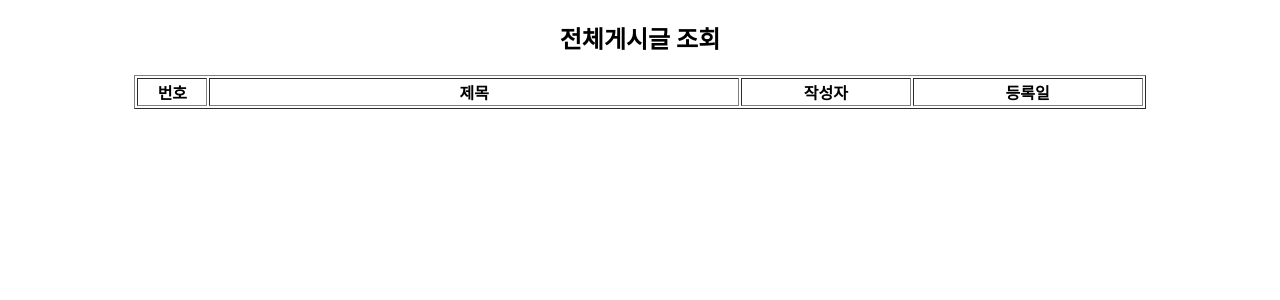
Repository: nijooymik/smartfactory
Page: http://localhost/Lecture-MVC/board/list.do
These files come from the project's save history. The page is drawn as it stood at one moment and after the next save; the edit follows.
The browser window is 1280 px wide. The pictures show the whole page.
The page is served by Tomcat 9. Other server files are loaded and not shown. Queries for data that is not in the repository find no rows.

Above is the page before, as saved 2022-07-25 09:04:08.

### web_workspace/Lecture-MVC/src/main/webapp/jsp/board/list.jsp
<%@ page language="java" contentType="text/html; charset=UTF-8"
	pageEncoding="UTF-8"%>
<%@ taglib prefix="c" uri="http://java.sun.com/jsp/jstl/core"%>
<!-- forEach 사용 시 태그라이브러리 필요 -->
<!DOCTYPE html>
<html>
<head>
<meta charset="UTF-8">
<title>Insert title here</title>
</head>
<body>
	<div align="center">
		<h2>전체게시글 조회</h2>

		<table border="1" style="width: 80%">
			<tr>
				<th width="7%">번호</th>
				<th>제목</th>
				<th width="17%">작성자</th>
				<th width="23%">등록일</th>
		</table>
	</div>

	<c:forEach items="${ list }" var="board">
	${ board.title } : ${ board.writer }<br>
	</c:forEach>

</body>
</html>

### web_workspace/Lecture-MVC/src/main/java/kr/co/mlec/DispatcherServlet.java
package kr.co.mlec;

import java.io.IOException;

import javax.servlet.RequestDispatcher;
import javax.servlet.ServletException;
import javax.servlet.annotation.WebServlet;
import javax.servlet.http.HttpServlet;
import javax.servlet.http.HttpServletRequest;
import javax.servlet.http.HttpServletResponse;

import kr.co.mlec.controller.BoardListController;
import kr.co.mlec.controller.BoardWriteFormController;
import kr.co.mlec.controller.Controller;

@WebServlet("*.do")
public class DispatcherServlet extends HttpServlet { // 클래스

	@Override
	protected void service(HttpServletRequest request, HttpServletResponse response)
			throws ServletException, IOException {
		String context = request.getContextPath();
		System.out.println("context : " + context);
		String uri = request.getRequestURI();
		uri = uri.substring(context.length());
		System.out.println("호출 uri : " + uri);

		Controller control = null;
		String callPage = "";
		try {
			switch (uri) {
			case "/board/list.do":
				control = new BoardListController(); // 묵시적형변환
				break;
			case "/board/writeForm.do":
				control = new BoardWriteFormController();
				break;
			}

			if (control != null) {
				callPage = control.handleRequest(request, response);
				RequestDispatcher dispatcher = request.getRequestDispatcher(callPage);
				dispatcher.forward(request, response);
			}
		} catch (Exception e) {
			e.printStackTrace();
		}
	}
}

### web_workspace/Lecture-MVC/src/main/java/kr/co/mlec/controller/BoardListController.java
package kr.co.mlec.controller;

import java.util.List;

import javax.servlet.http.HttpServletRequest;
import javax.servlet.http.HttpServletResponse;

import kr.co.mlec.board.dao.BoardDAO;
import kr.co.mlec.board.vo.BoardVO;

public class BoardListController implements Controller {

	public String handleRequest(HttpServletRequest request, HttpServletResponse response) /* throws Exception */ {

		BoardDAO dao = new BoardDAO();
		List<BoardVO> list = dao.selectAll();

		// 공유영역(request) 등록
		request.setAttribute("list", list);

		return "/jsp/board/list.jsp";
	}

}

### web_workspace/Lecture-MVC/src/main/java/kr/co/mlec/board/dao/BoardDAO.java
package kr.co.mlec.board.dao;

import java.sql.Connection;
import java.sql.DriverManager;
import java.sql.PreparedStatement;
import java.sql.ResultSet;
import java.sql.SQLException;
import java.util.ArrayList;
import java.util.List;

import kr.co.mlec.board.vo.BoardVO;

/**
 * t_board 테이블의 게시판 데이터 CRUD 기능클래스
 *
 * @author user
 *
 */
public class BoardDAO {

	/**
	 * 전체게시글 조회 기능
	 */
	public List<BoardVO> selectAll() {

		List<BoardVO> boardList = new ArrayList<>();
		Connection conn = null;
		PreparedStatement pstmt = null;

		try

		{
			// 1단계 : 드라이버 로딩
			Class.forName("oracle.jdbc.driver.OracleDriver");

			// 2단계 : DB접속 및 연결객체(Connection) 얻어오기
			String url = "jdbc:oracle:thin:@localhost:1521:orcl";
			String user = "c##com";
			String password = "a1234";
			conn = DriverManager.getConnection(url, user, password);
			System.out.println("conn : " + conn);

			// 3단계 : SQL 생성 및 쿼리실행객체(PreparedStatement) 얻어오기
			StringBuilder sql = new StringBuilder();
			sql.append("select no, title, writer, to_char(reg_date, 'yyyy-mm-dd') as reg_date");
			sql.append(" from t_board ");
			sql.append(" order by no desc ");

			pstmt = conn.prepareStatement(sql.toString());

			// 4단계 : 쿼리실행 및 결과 반환
			ResultSet rs = pstmt.executeQuery();

			while (rs.next()) {
				int no = rs.getInt("no");
				String title = rs.getString("title");
				String writer = rs.getString("writer");
				String regDate = rs.getString("reg_date");

				BoardVO board = new BoardVO();
				board.setNo(no);
				board.setTitle(title);
				board.setWriter(writer);
				board.setRegDate(regDate);

				boardList.add(board);
//				System.out.println(board);
			}

		} catch (Exception e) {
			e.printStackTrace();
		} finally {
			// 5단계 : DB접속(PreparedStatement, Connect) 종료
			try {
				pstmt.close();
			} catch (SQLException e) {
				// TODO Auto-generated catch block
				e.printStackTrace();
			}
			try {
				conn.close();
			} catch (SQLException e) {
				// TODO Auto-generated catch block
				e.printStackTrace();
			}
		}

		return boardList;
	}
}

After the next save:
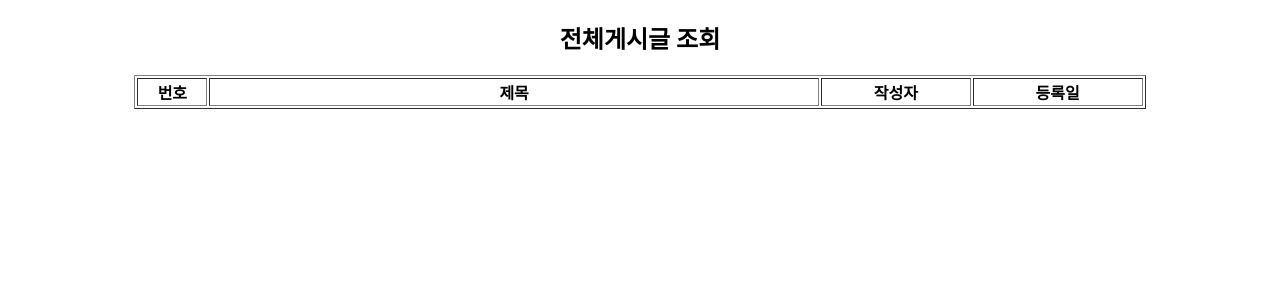
Saved 40 s later.
--- a/web_workspace/Lecture-MVC/src/main/webapp/jsp/board/list.jsp
+++ b/web_workspace/Lecture-MVC/src/main/webapp/jsp/board/list.jsp
@@ -16,8 +16,8 @@
 			<tr>
 				<th width="7%">번호</th>
 				<th>제목</th>
-				<th width="17%">작성자</th>
-				<th width="23%">등록일</th>
+				<th width="15%">작성자</th>
+				<th width="17%">등록일</th>
 		</table>
 	</div>
 
